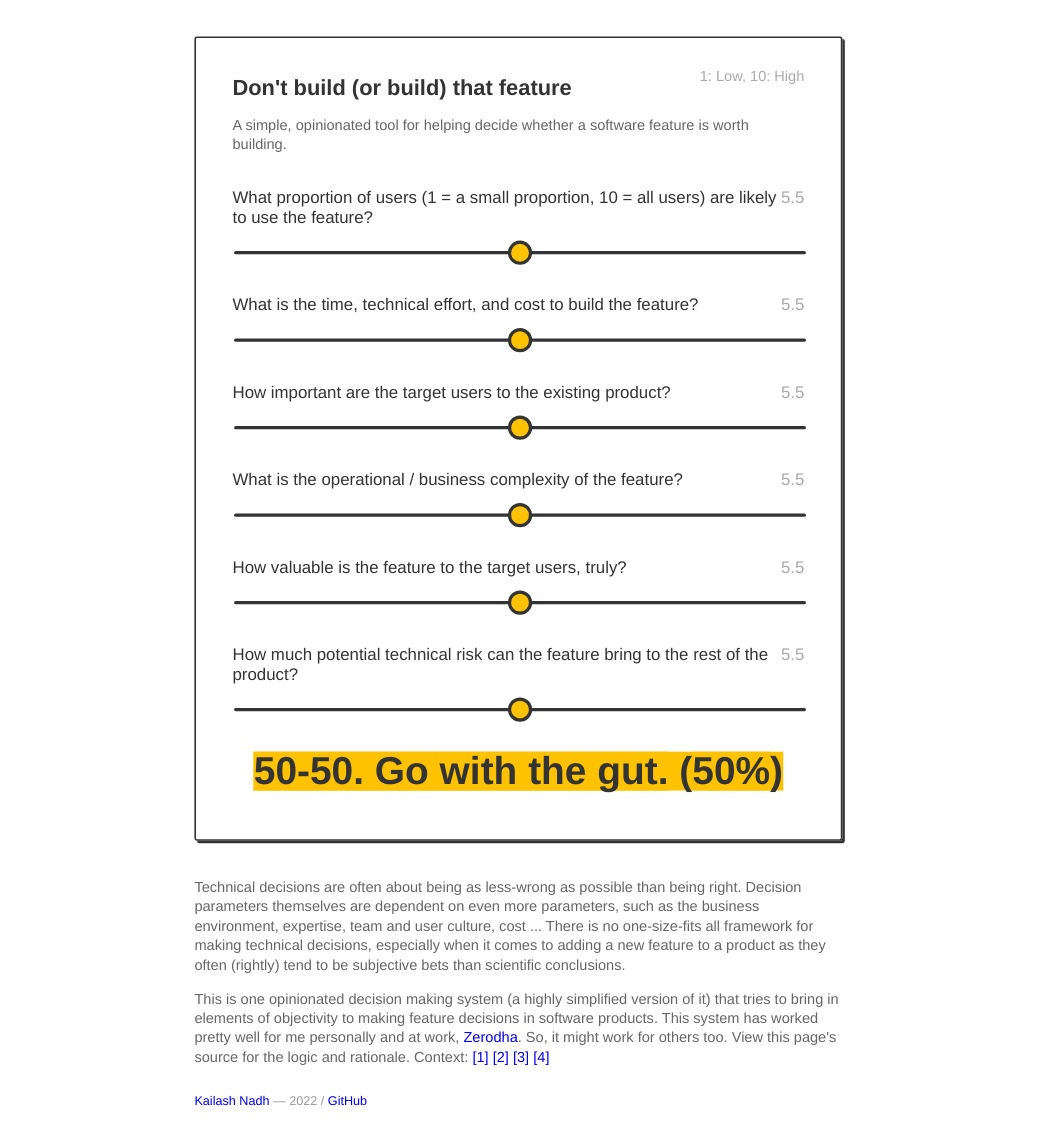
Repository: harishbsrinivas/dont.call
Page: index.html
An editor plug-in stored every save of this project. The page is shown before and after the next save, followed by the edit.
The browser window is 1280 px wide. The pictures show the whole page, at 81% of full size.

Above is the page before, as saved 2022-12-03 16:56:13.

After the next save:
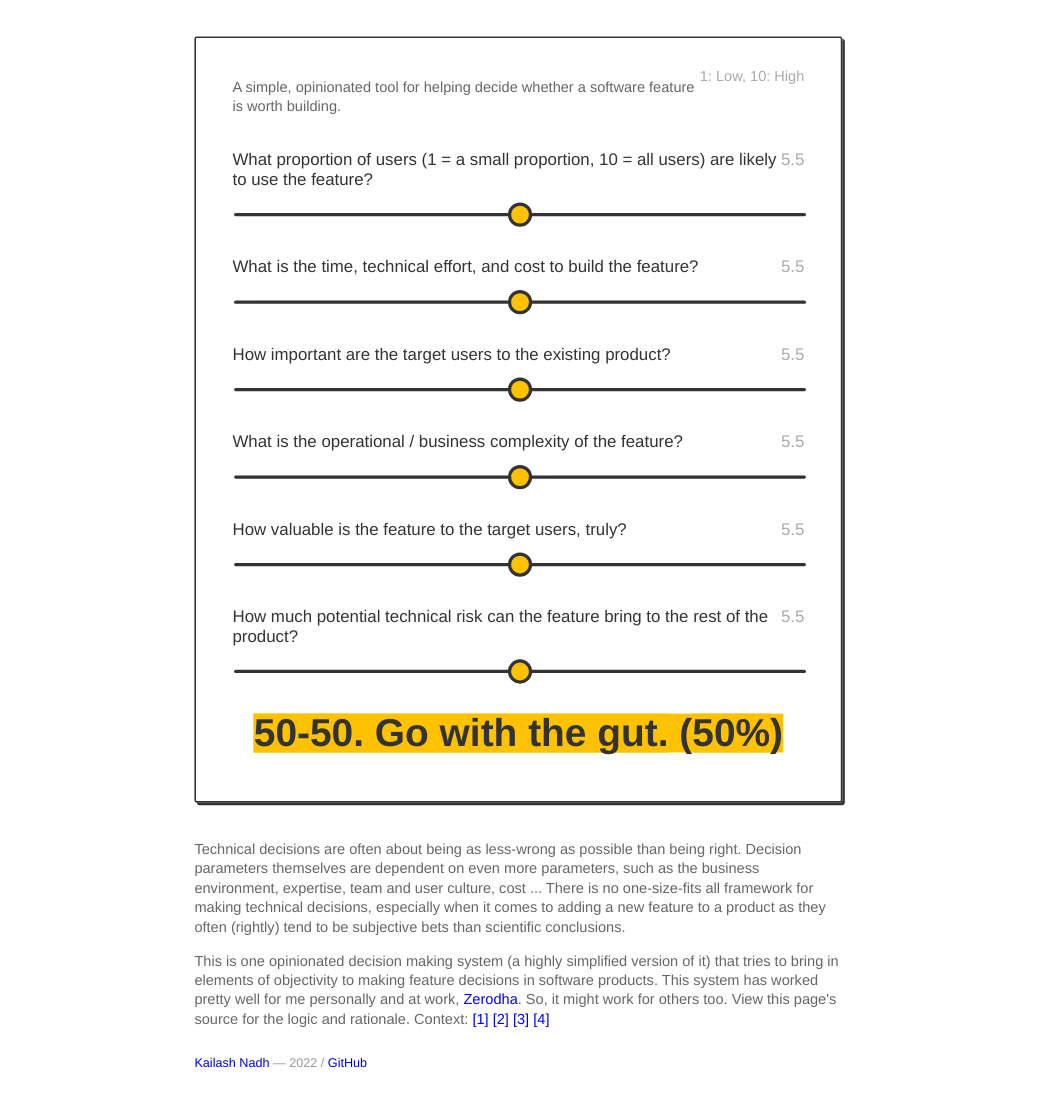
Saved 23 s later.
--- a/index.html
+++ b/index.html
@@ -17,7 +17,7 @@
     <div class="container">
         <section class="box">
             <p class="help">1: Low, 10: High</p>
-            <h1 class="title">Don't build (or build) that feature</h1>
+            <h1 class="title"></h1>
             <p>A simple, opinionated tool for helping decide whether a software feature is worth building.</p>
             <br />
             <form class="form">

After the save that followed:
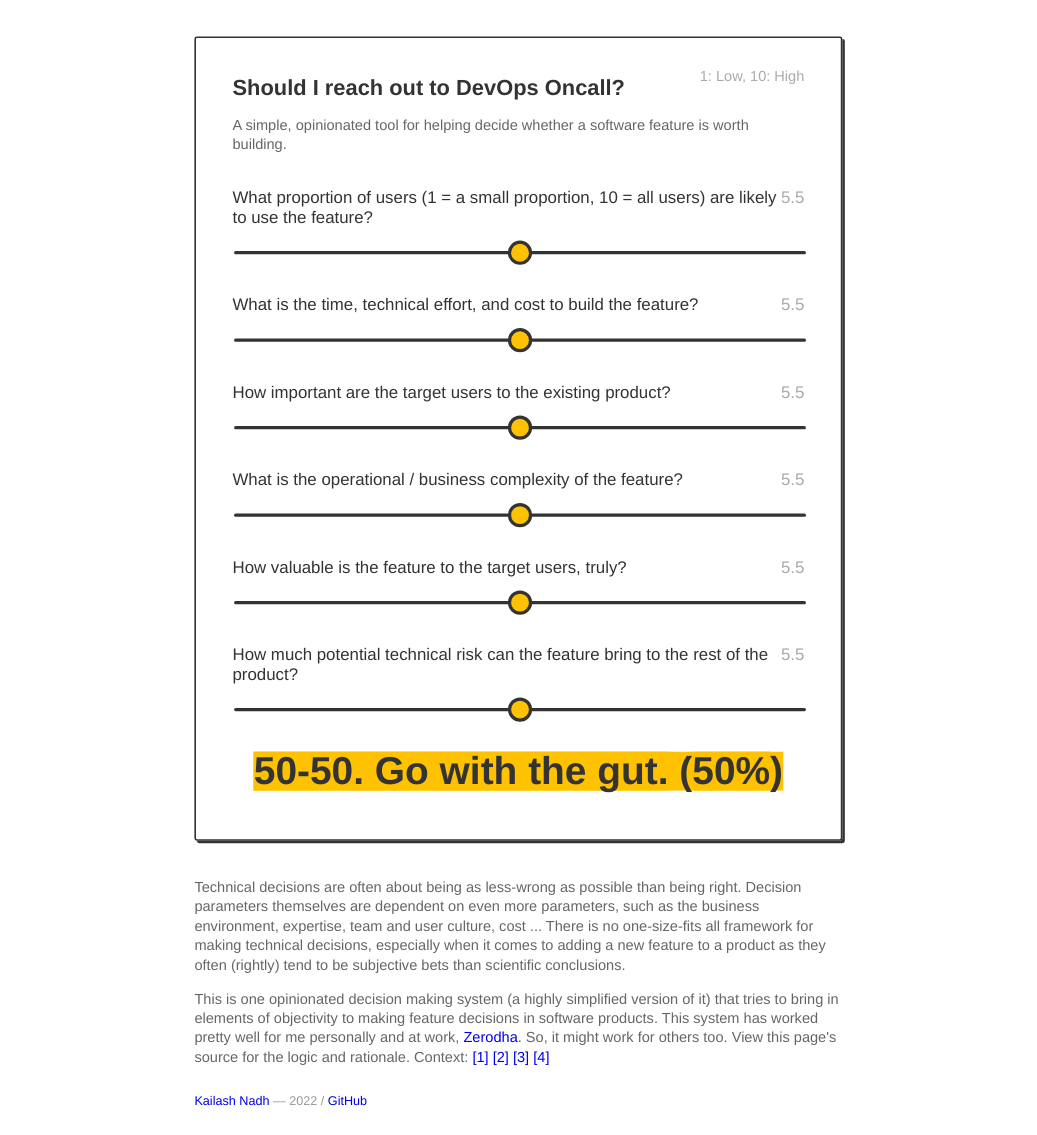
Saved 12 s later.
--- a/index.html
+++ b/index.html
@@ -17,7 +17,7 @@
     <div class="container">
         <section class="box">
             <p class="help">1: Low, 10: High</p>
-            <h1 class="title"></h1>
+            <h1 class="title">Should I reach out to DevOps Oncall?</h1>
             <p>A simple, opinionated tool for helping decide whether a software feature is worth building.</p>
             <br />
             <form class="form">
